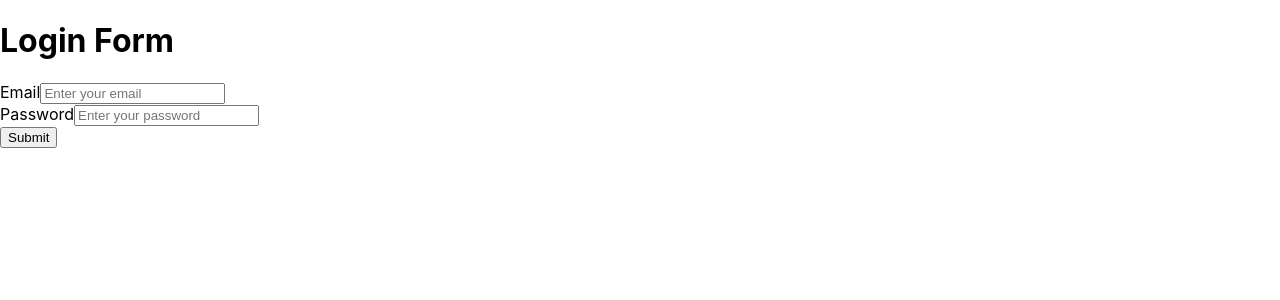
Repository: sriram1224/Formik_Yup
Page: /
An editor plug-in stored every save of this project. The page is shown before and after the next save, followed by the edit.
The browser window is 1280 px wide. The pictures show the whole page.
The project was rebuilt for these pictures with package versions that can differ from the ones it lists, and the page was loaded fresh each time. Also part of the build but not shown: src/App.css.

Above is the page before, as saved 2024-09-19 19:08:32.

### src/App.js
import React from "react";
import { Formik, Form, Field, ErrorMessage } from "formik";
import * as Yup from "yup";

const validationSchema = Yup.object({
  email: Yup.string()
    .email("Invalid email format")
    .required("Email is required"),
  password: Yup.string()
    .oneOf(["rishiME@199"], "Password is incorrect")
    .required("Password is required"),
});

const App = () => {
  return (
    <div className="App">
      <h1>Login Form</h1>
      <Formik
        initialValues={{ email: "", password: "" }}
        validationSchema={validationSchema}
        onSubmit={(values) => {
          console.log("Form Data", values);
        }}
      >
        {({ isValid }) => (
          <Form>
            <div>
              <label htmlFor="email">Email</label>
              <Field
                type="email"
                id="email"
                name="email"
                placeholder="Enter your email"
              />
              <ErrorMessage name="email" component="div" className="error" />
            </div>

            <div>
              <label htmlFor="password">Password</label>
              <Field
                type="password"
                id="password"
                name="password"
                placeholder="Enter your password"
              />
              <ErrorMessage name="password" component="div" className="error" />
            </div>

            <div>
              <button type="submit" disabled={!isValid}>
                Submit
              </button>
            </div>
          </Form>
        )}
      </Formik>
    </div>
  );
};

export default App;

Loaded but not shown: public/index.html (common file); src/index.js (common file); src/index.css (common file); src/reportWebVitals.js (common file)

After the next save:
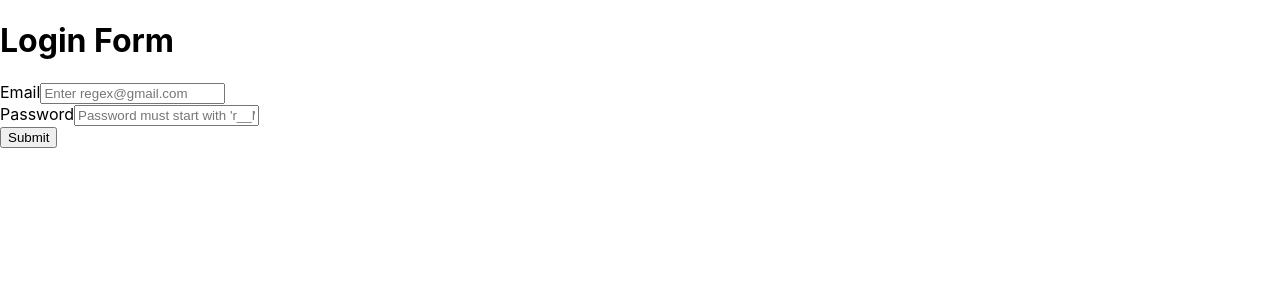
Saved 7 min 17 s later.
--- a/src/App.js
+++ b/src/App.js
@@ -1,53 +1,70 @@
 import React from "react";
 import { Formik, Form, Field, ErrorMessage } from "formik";
 import * as Yup from "yup";
+import "./App.css"; // Assuming you'll add some CSS for styling
 
+// Validation schema using Yup
 const validationSchema = Yup.object({
   email: Yup.string()
-    .email("Invalid email format")
+    .matches(/^regex@gmail\.com$/, "Email must be regex@gmail.com")
     .required("Email is required"),
   password: Yup.string()
-    .oneOf(["rishiME@199"], "Password is incorrect")
+    .matches(/^r__M_9/, 'Password must start with "r__M_9"')
+    .min(6, "Password must be at least 6 characters") // Ensuring minimal length of 6
     .required("Password is required"),
 });
 
 const App = () => {
   return (
-    <div className="App">
+    <div className="app-container">
       <h1>Login Form</h1>
       <Formik
         initialValues={{ email: "", password: "" }}
         validationSchema={validationSchema}
         onSubmit={(values) => {
-          console.log("Form Data", values);
+          console.log("Form Submitted", values);
         }}
       >
         {({ isValid }) => (
-          <Form>
-            <div>
+          <Form className="form-container">
+            <div className="form-group">
               <label htmlFor="email">Email</label>
               <Field
-                type="email"
+                type="text"
                 id="email"
                 name="email"
-                placeholder="Enter your email"
+                placeholder="Enter regex@gmail.com"
+                className="form-input"
               />
-              <ErrorMessage name="email" component="div" className="error" />
+              <ErrorMessage
+                name="email"
+                component="div"
+                className="error-message"
+              />
             </div>
 
-            <div>
+            <div className="form-group">
               <label htmlFor="password">Password</label>
               <Field
                 type="password"
                 id="password"
                 name="password"
-                placeholder="Enter your password"
+                placeholder="Password must start with 'r__M_9'"
+                className="form-input"
               />
-              <ErrorMessage name="password" component="div" className="error" />
+              <ErrorMessage
+                name="password"
+                component="div"
+                className="error-message"
+              />
             </div>
 
-            <div>
-              <button type="submit" disabled={!isValid}>
+            <div className="form-group">
+              <button
+                type="submit"
+                className="submit-button"
+                disabled={!isValid}
+              >
                 Submit
               </button>
             </div>
